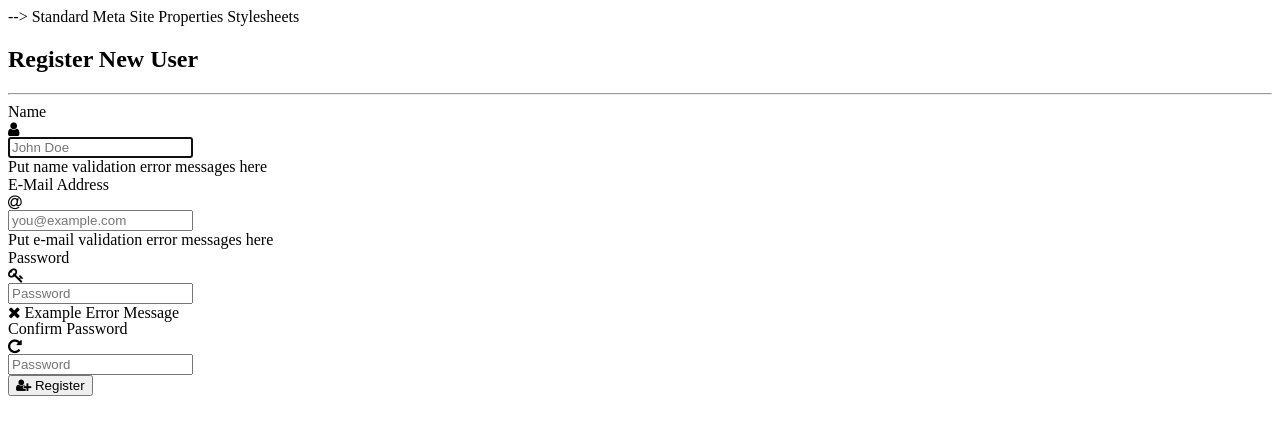
Repository: momindanish/Collaboration
Page: project 2 dteja/client/WebContent/views/registrationform.html
The author's editor kept a copy of each file at every save. The page is drawn from the files as they stood at one save, then again after the next save.
The browser window is 1280 px wide. The pictures show the whole page.
Some web libraries are served in a nearby version.

Above is the page before, as saved 2019-02-16 18:04:14.

After the next save:
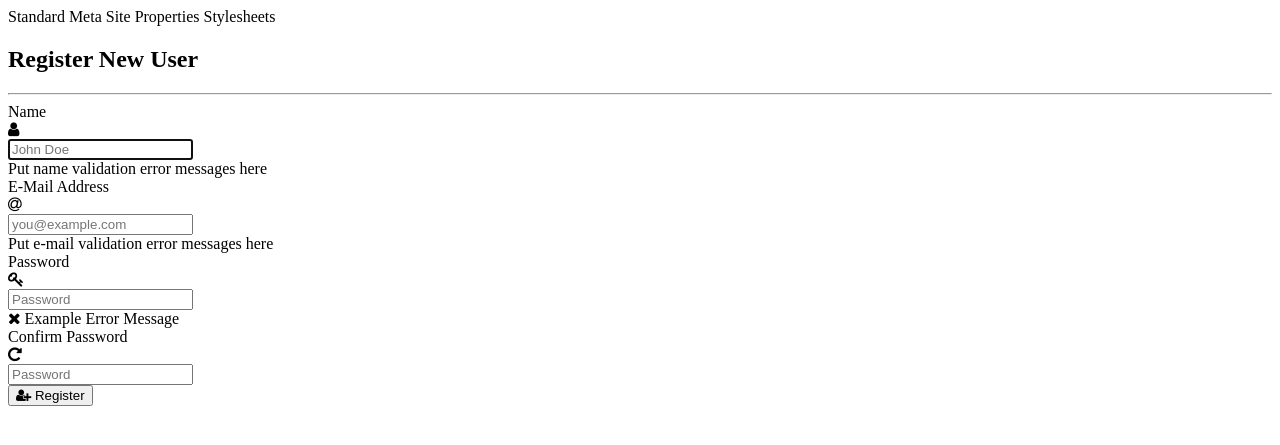
Saved 16 s later.
--- a/project 2 dteja/client/WebContent/views/registrationform.html
+++ b/project 2 dteja/client/WebContent/views/registrationform.html
@@ -22,7 +22,7 @@ Select Role      :<select ng-model="user.role">
 <link href="//maxcdn.bootstrapcdn.com/bootstrap/4.0.0/css/bootstrap.min.css" rel="stylesheet" id="bootstrap-css">
 <script src="//maxcdn.bootstrapcdn.com/bootstrap/4.0.0/js/bootstrap.min.js"></script>
 <script src="//code.jquery.com/jquery-1.11.1.min.js"></script>
-</head> --> -->
+</head> -->
 <!------ Include the above in your HEAD tag ---------->
 
  <!DOCTYPE html>
